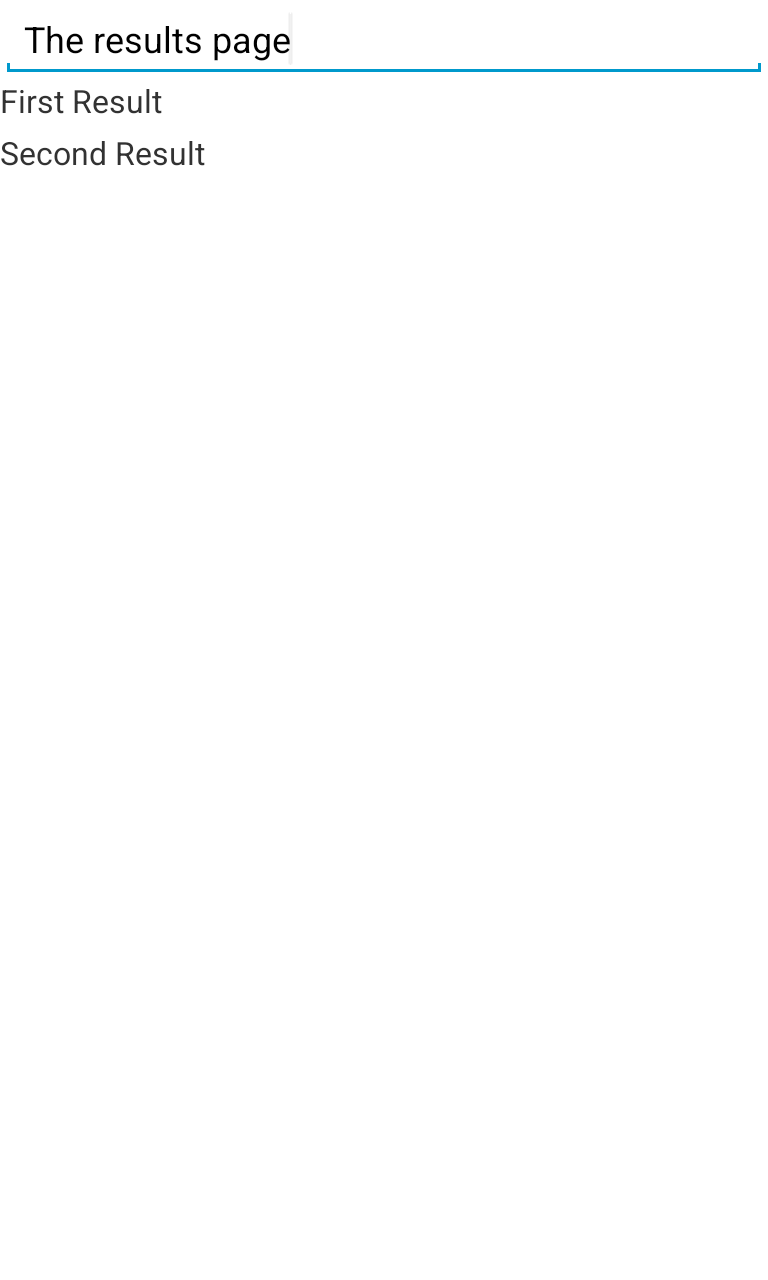
Repository: vmathur/mchacks
Layout: mobile/DealMe/res/layout/result_page.xml
An editor plug-in stored every save of this project. The layout is shown before and after the next save, followed by the edit.
It is drawn on a 768 x 1280 px phone screen (xhdpi) without system bars, with theme AppTheme; the app's code is not run.

Above is the layout before, as saved 2014-02-23 06:45:31.

### mobile/DealMe/res/layout/result_page.xml
<?xml version="1.0" encoding="utf-8"?>
<LinearLayout xmlns:android="http://schemas.android.com/apk/res/android"
    android:layout_width="match_parent"
    android:layout_height="match_parent"
    android:orientation="vertical" >

    <EditText
        android:id="@+id/editText1"
        android:layout_width="match_parent"
        android:layout_height="wrap_content"
        android:ems="10"
        android:text="The results page" >

        <requestFocus />
    </EditText>



    <TextView
        android:id="@+id/secondLine"
        android:layout_width="fill_parent"
        android:layout_height="26dip"
        android:layout_alignParentBottom="true"
        android:layout_alignParentRight="true"
        android:ellipsize="marquee"
        android:singleLine="true"
        android:text="First Result"
        android:textSize="16sp" />

    <TextView
        android:layout_width="fill_parent"
        android:layout_height="wrap_content"
        android:layout_above="@id/secondLine"
        android:layout_alignParentRight="true"
        android:layout_alignParentTop="true"
        android:layout_alignWithParentIfMissing="true"
        android:gravity="center_vertical"
        android:text="Second Result"
        android:textSize="16sp" />

</LinearLayout>

Loaded but not shown: mobile/DealMe/res/values/styles.xml (common file); mobile/DealMe/res/values-v11/styles.xml (common file); mobile/DealMe/res/values-v14/styles.xml (common file)

After the next save:
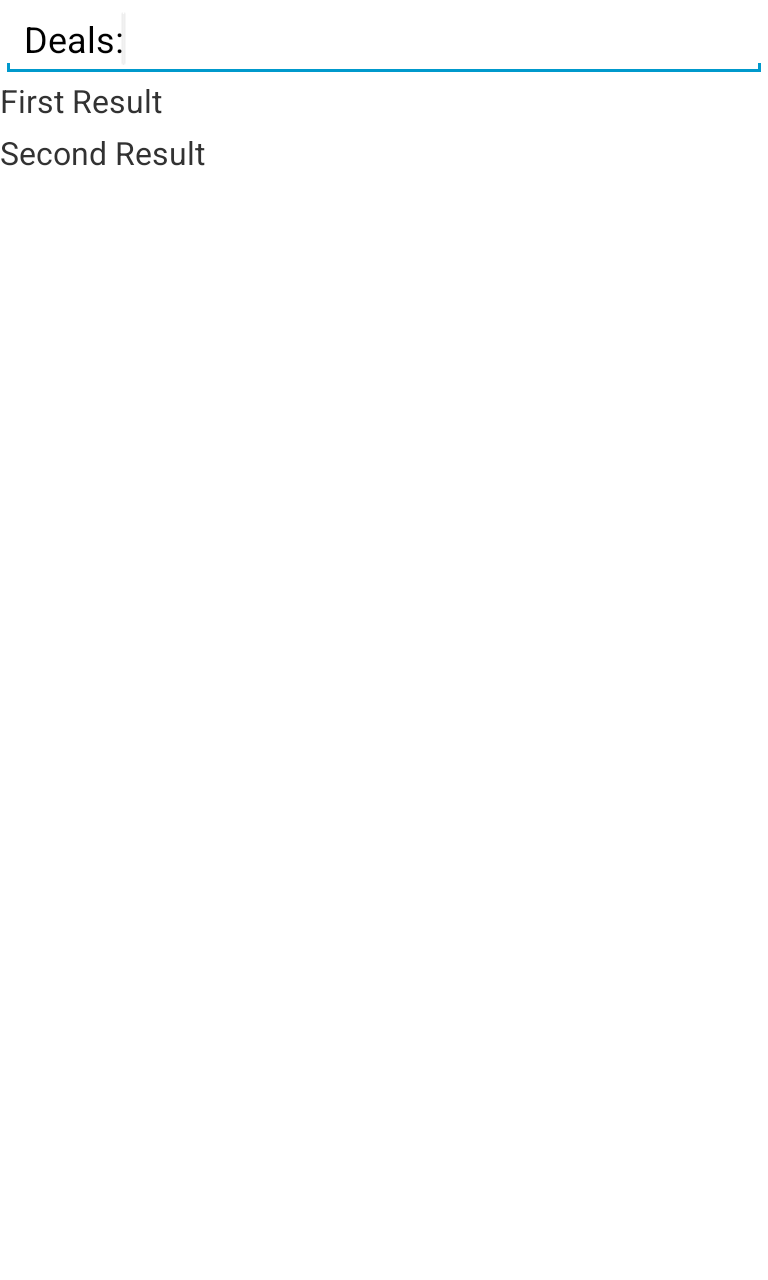
Saved 67 s later.
--- a/mobile/DealMe/res/layout/result_page.xml
+++ b/mobile/DealMe/res/layout/result_page.xml
@@ -9,7 +9,7 @@
         android:layout_width="match_parent"
         android:layout_height="wrap_content"
         android:ems="10"
-        android:text="The results page" >
+        android:text="Deals:" >
 
         <requestFocus />
     </EditText>
